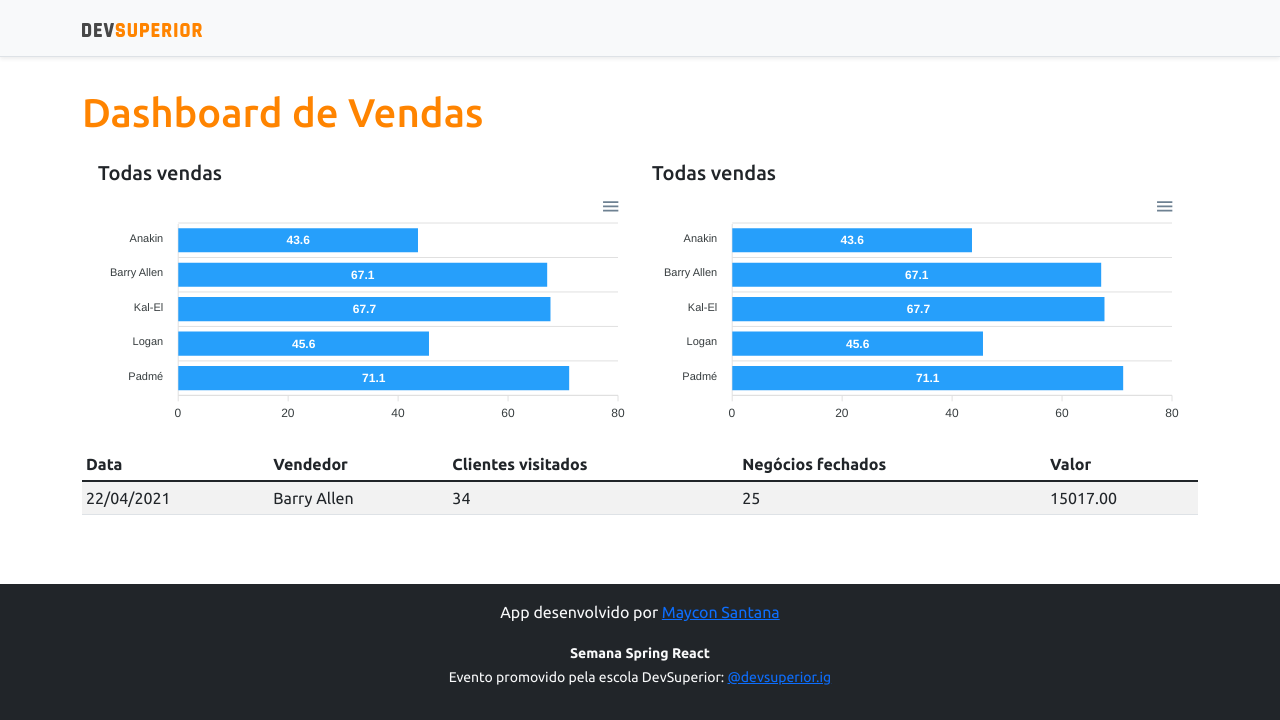
Repository: MayconInforGames2017/evento-dev-superior
Page: / (app in frontend/)
The author's editor kept a copy of each file at every save. The page is drawn from the files as they stood at one save, then again after the next save.
The browser window is 1280 px wide. The pictures show the whole page.
The project was rebuilt for these pictures with package versions that can differ from the ones it lists, and the page was loaded fresh each time.

Above is the page before, as saved 2021-09-07 12:50:02.

After the next save:
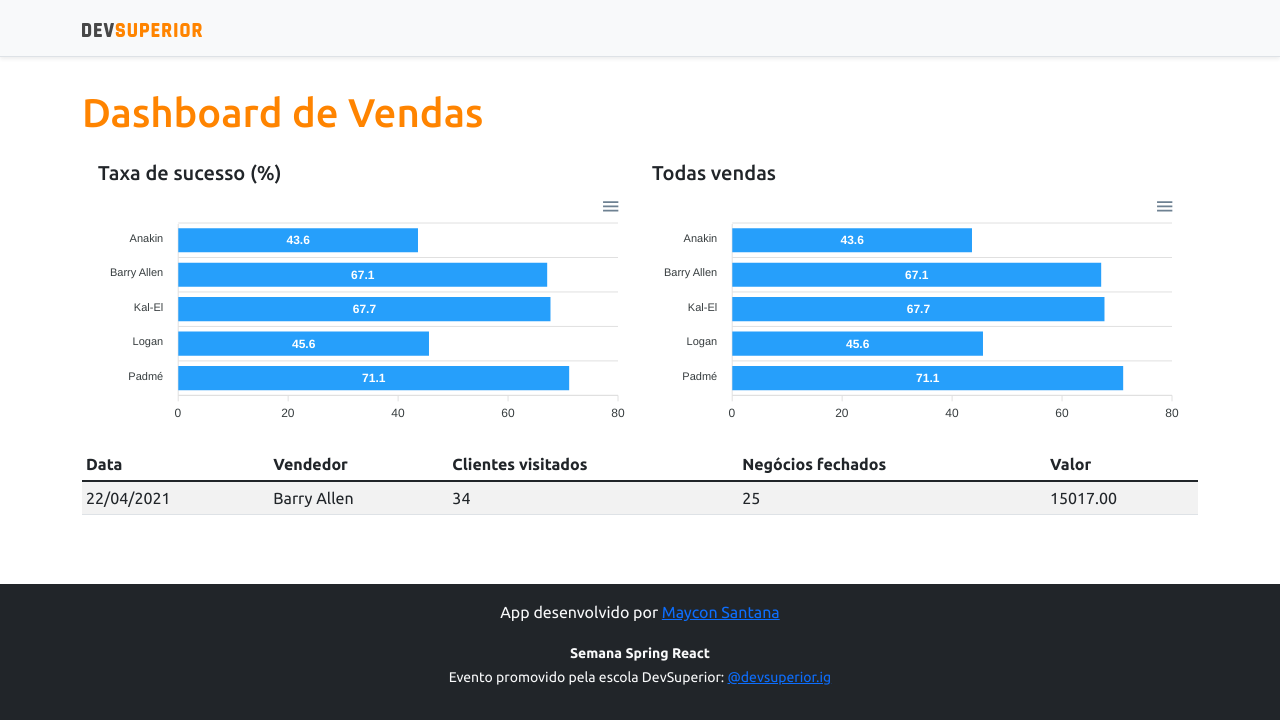
Saved 4 min 59 s later.
--- a/frontend/src/App.tsx
+++ b/frontend/src/App.tsx
@@ -12,7 +12,7 @@ function App() {
 
         <div className="row px-3">
           <div className="col-sm-6">
-            <h5>Todas vendas</h5>
+            <h5>Taxa de sucesso (%)</h5>
             <BarChart/>
           </div>
           <div className="col-sm-6">
